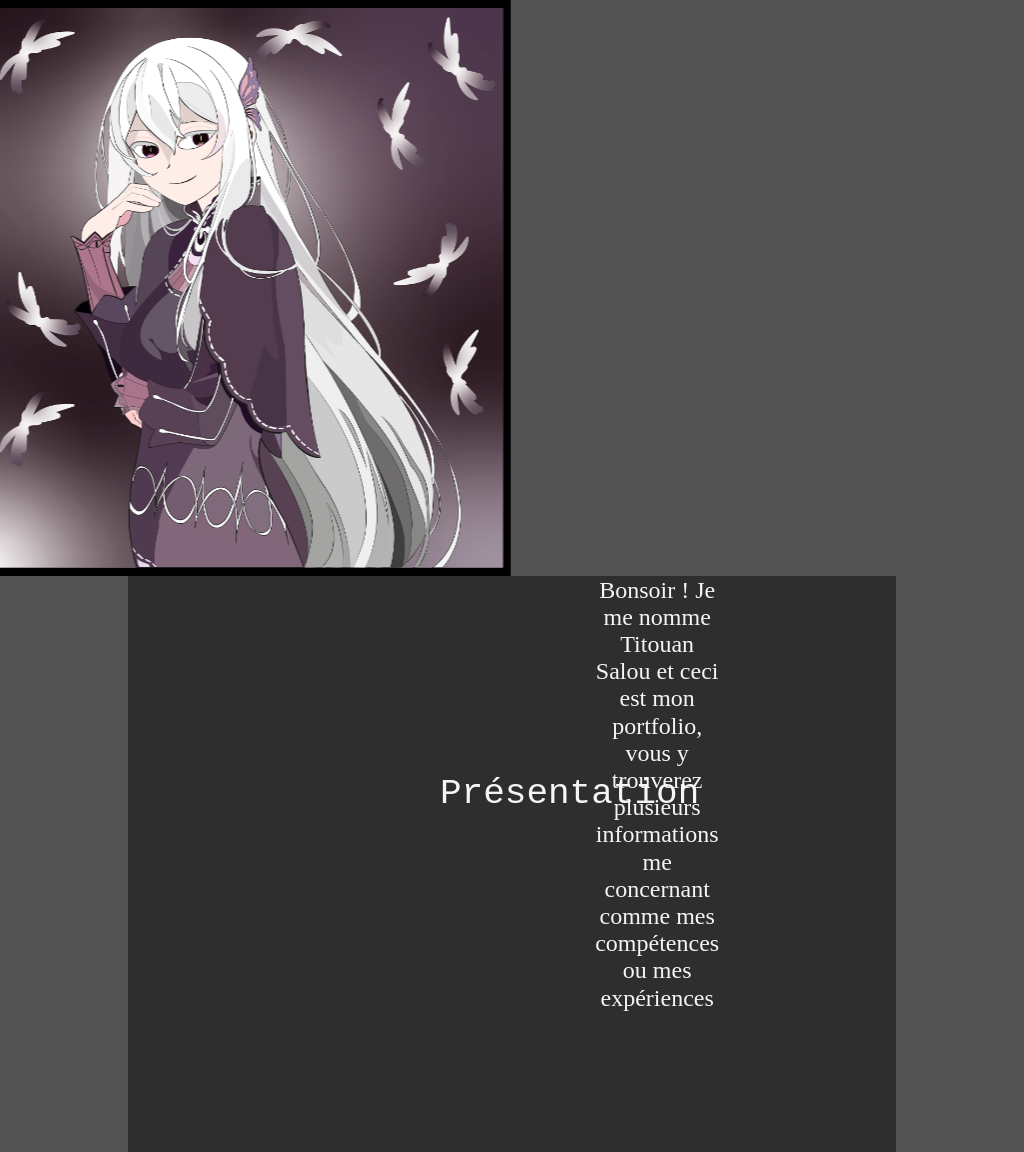
Repository: Mini-T/portfolio
Page: cv.html
These files come from the project's save history. The page is drawn as it stood at one moment and after the next save; the edit follows.
The browser window is 1280 px wide. The pictures show the whole page, at 80% of full size.
After loading, the first visible `#btnpresentation` was clicked once.

Above is the page before, as saved 2021-10-06 00:22:33.

After the next save:
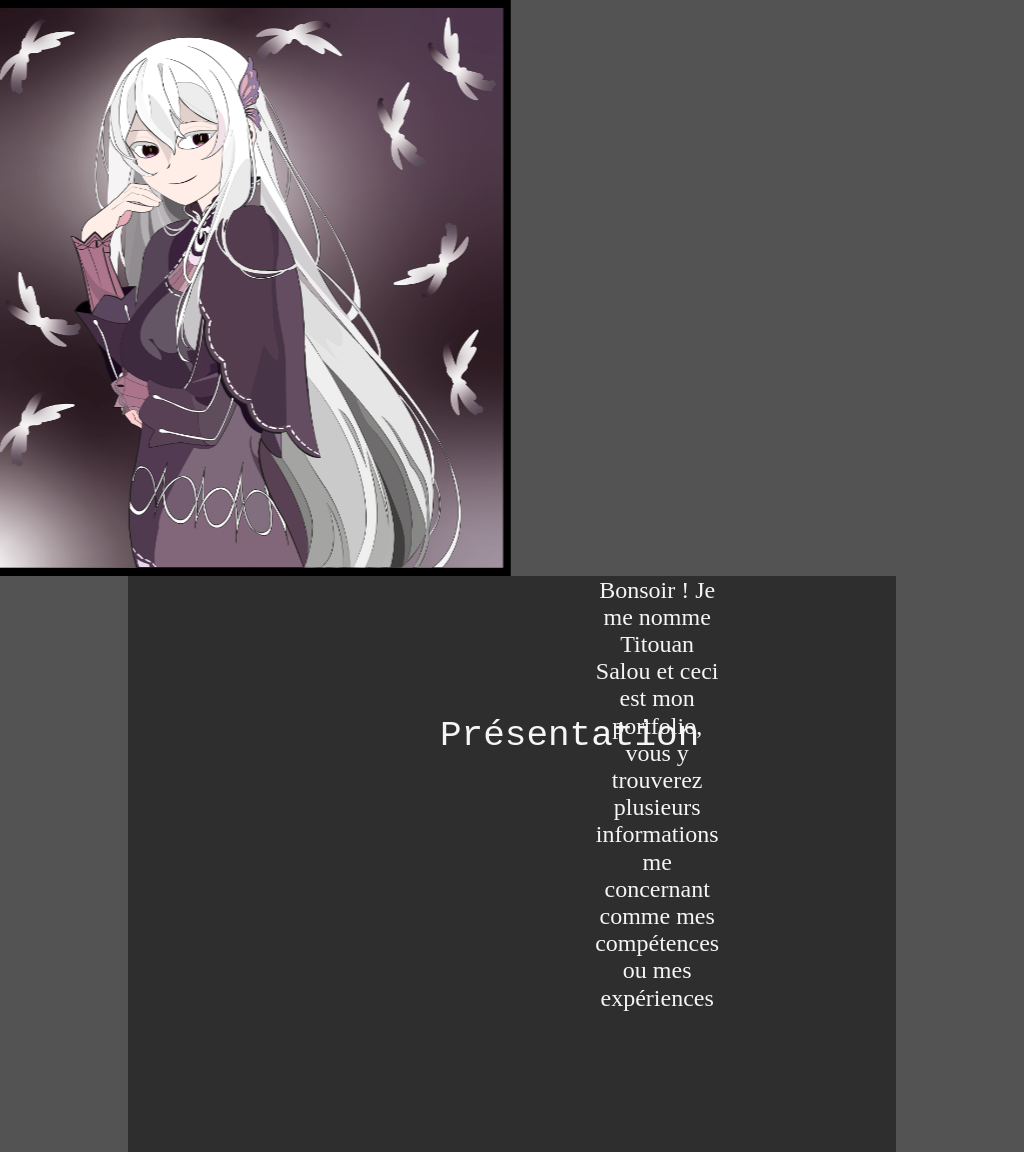
Saved 4 s later.
--- a/cv.css
+++ b/cv.css
@@ -169,6 +169,6 @@
   margin-left: 30VW;
   position: relative;
   justify-self: center;
-  margin-bottom: ;
+  margin-bottom: 25%;
   font-size: 45px;
 }
